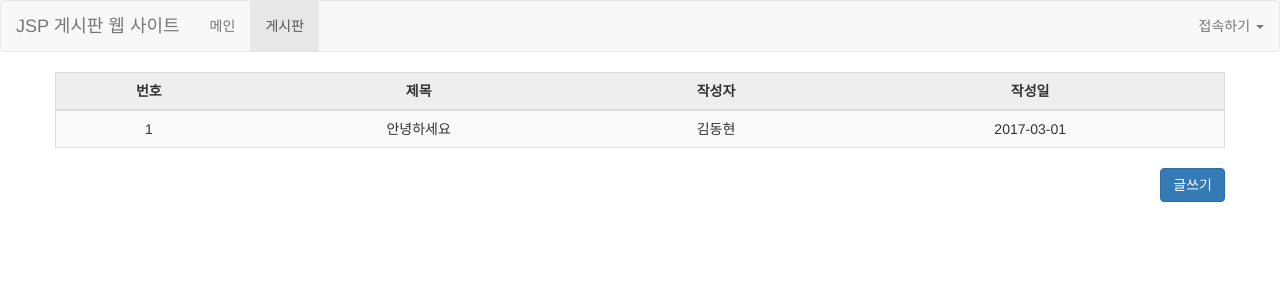
Repository: GorillaDunk/JSP
Page: http://localhost/BBS/write.jsp
These files come from the project's save history. The page is drawn as it stood at one moment and after the next save; the edit follows.
The browser window is 1280 px wide. The pictures show the whole page.
Some web libraries are served in a nearby version. The page is served by Tomcat 9.

Above is the page before, as saved 2023-10-14 11:49:49.

After the next save:
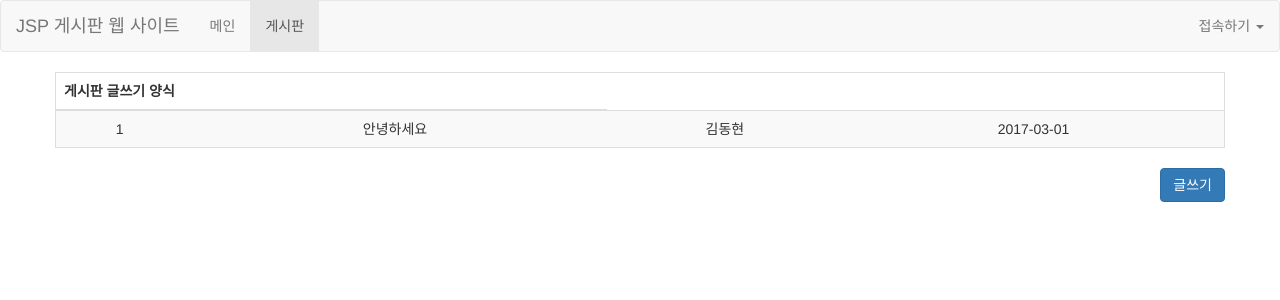
Saved 74 min 23 s later.
--- a/projects/BBS/src/main/webapp/write.jsp
+++ b/projects/BBS/src/main/webapp/write.jsp
@@ -77,10 +77,8 @@
 			<table class="table table-striped" style="text-align: center; border: 1px solid #dddddd">
 			<thead>
 				<tr>
-					<th style="background-color:#eeeeee; text-align: center;">번호 </th>
-					<th style="background-color:#eeeeee; text-align: center;">제목 </th>
-					<th style="background-color:#eeeeee; text-align: center;">작성자 </th>
-					<th style="background-color:#eeeeee; text-align: center;">작성일</th>
+					<th colspan="2" style="background-color: #eeeeee, text-align:center">게시판 글쓰기 양식 </th>
+
 				</tr>
 			</thead>
 
